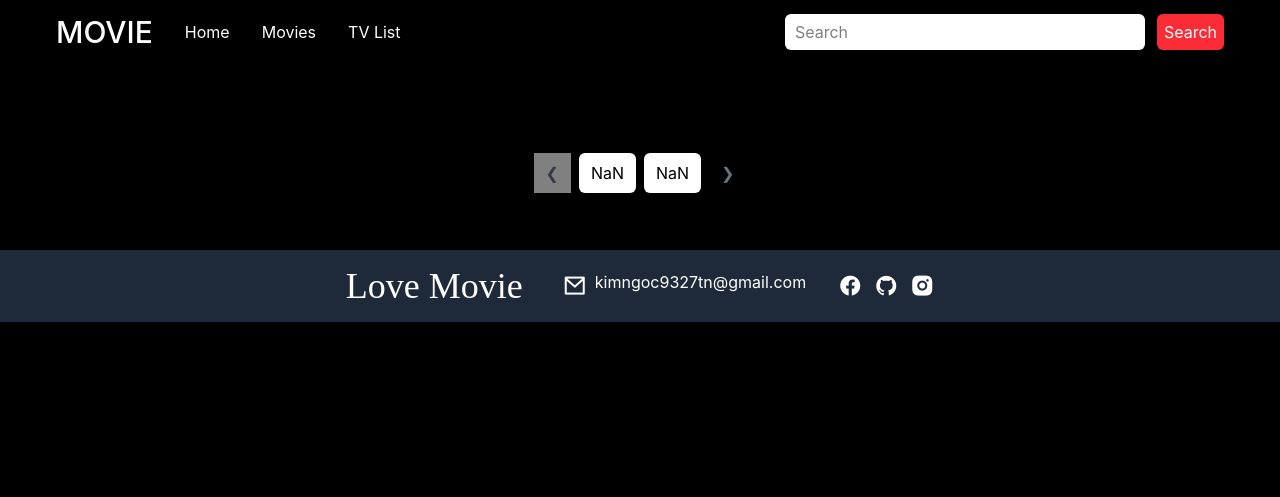
Repository: kimngoc9327/Love_Movie_Project
Page: /search
These files come from the project's save history. The page is drawn as it stood at one moment and after the next save; the edit follows.
The browser window is 1280 px wide. The pictures show the whole page.
The page's requests for data from a server got no answer. The project was rebuilt for these pictures with package versions that can differ from the ones it lists, and the page was loaded fresh each time. No one was signed in, and anything a server would have sent is missing. Also part of the build but not shown: vite.config.js, src/components/ui/VoteAverage.jsx, src/components/ui/MovieCard.jsx, src/components/ui/MovieList.jsx, src/components/ui/Banner.jsx, src/pages/Home.jsx, src/pages/MovieCategory.jsx, src/components/ui/PlayTrailerButton.jsx and 6 more.

Above is the page before, as saved 2025-03-29 18:00:51.

### index.html
<!DOCTYPE html>
<html lang="en">
  <head>
    <meta charset="UTF-8" />
    <link rel="icon" type="image/svg+xml" href="/love-movie-logo.ico" />
    <meta name="viewport" content="width=device-width, initial-scale=1.0" />
    <title>Love Movie</title>
  </head>
  <body>
    <div id="root"></div>
    <script type="module" src="/src/main.jsx"></script>
  </body>
</html>

### src/main.jsx
import { createRoot } from "react-dom/client";
import "./index.css";
import App from "./App.jsx";
import { store } from "./redux/store";
import { Provider } from "react-redux";
import { BrowserRouter } from "react-router-dom";

createRoot(document.getElementById("root")).render(
  <BrowserRouter>
    <Provider store={store}>
      <App />
    </Provider>
  </BrowserRouter>
);

### src/index.css
@import "tailwindcss";
@import "remixicon/fonts/remixicon.css";

:root {
  font-family: Inter, system-ui, Avenir, Helvetica, Arial, sans-serif;
  background-color: black;
}

/* a {
  font-weight: 500;
  color: #646cff;
  text-decoration: inherit;
}
a:hover {
  color: #535bf2;
}

body {
  margin: 0;
  display: flex;
  place-items: center;
  min-width: 320px;
  min-height: 100vh;
}

h1 {
  font-size: 3.2em;
  line-height: 1.1;
}

button {
  border-radius: 8px;
  border: 1px solid transparent;
  padding: 0.6em 1.2em;
  font-size: 1em;
  font-weight: 500;
  font-family: inherit;
  background-color: #1a1a1a;
  cursor: pointer;
  transition: border-color 0.25s;
}
button:hover {
  border-color: #646cff;
}
button:focus,
button:focus-visible {
  outline: 4px auto -webkit-focus-ring-color;
}

@media (prefers-color-scheme: light) {
  :root {
    color: #213547;
    background-color: #ffffff;
  }
  a:hover {
    color: #747bff;
  }
  button {
    background-color: #f9f9f9;
  }
} */

### src/App.jsx
import { Route, Routes } from "react-router-dom";
import publicRoutes from "./routes";
import DefaultLayout from "./components/layout/DefaultLayout";
import { Fragment } from "react";
function App() {
  return (
    <>
      <Routes>
        {publicRoutes.map((route, index) => {
          const Page = route.component;
          let Layout = DefaultLayout;
          if (route.layout) {
            Layout = route.layout;
          } else if (route.layout === null) {
            Layout = Fragment;
          }
          return (
            <Route
              key={index}
              path={route.path}
              element={
                <Layout>
                  <Page />
                </Layout>
              }
            />
          );
        })}
      </Routes>
    </>
  );
}

export default App;

### src/redux/store.jsx
import { createStore, applyMiddleware } from "redux";
import { rootReducer } from "./rootReducer";
import { thunk } from "redux-thunk";

const store = createStore(rootReducer, applyMiddleware(thunk));

export { store };

### src/routes/index.jsx
import DefaultLayout from "../components/layout/DefaultLayout";
import Home from "../pages/Home";
import MovieCategory from "../pages/MovieCategory";
import Movie from "../pages/Movie";
import MovieGenre from "../pages/MovieGenre";
import SearchMovie from "../pages/SearchMovie";
// import SearchMovie from "../pages/SearchMovie";

const publicRoutes = [
  { path: "/", component: Home, layout: DefaultLayout },
  { path: "/genre", component: MovieGenre, layout: DefaultLayout },
  { path: "/movieCategory", component: MovieCategory, layout: DefaultLayout },
  { path: "/movie", component: Movie, layout: DefaultLayout },
  { path: "/search", component: SearchMovie, layout: DefaultLayout },
];

export default publicRoutes;

### src/components/layout/DefaultLayout.jsx
import Header from "./Header";
import Footer from "./Footer";
import PropTypes from "prop-types";

function DefaultLayout({ children }) {
  return (
    <div>
      <Header />
      <div>{children}</div>
      <Footer />
    </div>
  );
}

DefaultLayout.propTypes = {
  children: PropTypes.any,
};

export default DefaultLayout;

### src/redux/rootReducer.jsx
import { combineReducers } from "redux";
import movieReducer from "./reducer/movieReducer";

export const rootReducer = combineReducers({
  movieReducer,
});

### src/pages/SearchMovie.jsx
import { useEffect, useState } from "react";
import { useDispatch, useSelector } from "react-redux";
import { useLocation, useNavigate } from "react-router-dom";
import { searchMovie } from "../redux/actions/movieActions";
import MovieCard from "../components/ui/MovieCard";
import { POSTER_PATH } from "../constants/constants";
import PaginationButton from "../components/ui/PaginationButton";

function SearchMovie() {
  const dispatch = useDispatch();
  const location = useLocation();
  const navigate = useNavigate();

  const queryParams = new URLSearchParams(location.search);
  const query = queryParams.get("query");
  const movies = useSelector((state) => state.movieReducer.search);
  const [page, setPage] = useState(1);

  useEffect(() => {
    if (query) {
      const params = {
        page: page,
        query: query,
      };
      dispatch(searchMovie(params));
    }
  }, [dispatch, query, page]);

  useEffect(() => {
    console.log(movies);
  });

  const totalPages = movies?.total_pages;

  const handleSelectMovie = (id) => {
    navigate(`/movie?id=${id}`);
  };

  return (
    <div className="flex flex-col items-center">
      <div className="grid grid-cols-4 gap-8 m-24 mb-12">
        {movies?.results
          ?.filter((movie) => movie.title && movie.poster_path)
          .map((movie) => (
            <div onClick={() => handleSelectMovie(movie?.id)} key={movie.id}>
              <MovieCard
                title={movie?.title}
                poster={POSTER_PATH + movie?.poster_path}
                vote={Number(movie?.vote_average.toFixed(2))}
              />
            </div>
          ))}
      </div>
      <PaginationButton
        currentPage={page}
        onPageChange={setPage}
        totalPages={totalPages}
      />
    </div>
  );
}

export default SearchMovie;

### src/components/layout/Header.jsx
import { Link } from "react-router-dom";
import MovieDropdown from "../ui/MovieDropdown";
import SearchInput from "../ui/SearchInput";

const Header = () => {
  return (
    <div className="flex fixed z-50 w-screen top-0 items-center text-white p-[24px] h-[64px] bg-black">
      <div className="flex space-x-8 items-center ml-8">
        <Link to="/">
          <p className="hover:text-red-500 font-medium text-3xl">MOVIE</p>
        </Link>
        <Link to="/">
          <p className="hover:text-red-500 text-base">Home</p>
        </Link>
        <MovieDropdown />
        <p className="hover:text-red-500  text-base">TV List</p>
      </div>
      <SearchInput />
    </div>
  );
};

export default Header;

### src/components/layout/Footer.jsx
function Footer() {
  return (
    <div className="flex space-x-10 mt-12 p-4 items-center justify-center text-white bg-gray-800">
      <p className="font-[fantasy] text-4xl ">Love Movie</p>
      <div className="flex space-x-8">
        <div className="space-y-3">
          <div className="flex space-x-2">
            <i className="ri-mail-line text-2xl"></i>{" "}
            <p>kimngoc9327tn@gmail.com</p>
          </div>
        </div>
        <div className="flex space-x-3">
          <i className="ri-facebook-circle-fill  text-2xl"></i>
          <i className="ri-github-fill  text-2xl"></i>
          <i className="ri-instagram-fill  text-2xl"></i>
        </div>
      </div>
    </div>
  );
}

export default Footer;

### src/redux/reducer/movieReducer.jsx
import {
  GET_GENRE_MOVIE,
  GET_MOVIE,
  GET_MOVIE_COLLECTION,
  GET_MOVIE_DISCOVER,
  GET_MOVIES,
  SEARCH_MOVIE,
} from "../types";

const initialState = {
  movies: {},
  genres: {},
  search: {},
  collection: null,
  currentMovie: null,
};

const movieReducer = (state = initialState, action) => {
  switch (action.type) {
    case GET_MOVIES:
      return {
        ...state,
        movies: { ...state.movies, [action.category]: action.payload },
      };
    case GET_MOVIE_DISCOVER:
      return { ...state, movies: action.payload };
    case GET_MOVIE_COLLECTION:
      return { ...state, collection: action.payload };
    case GET_GENRE_MOVIE:
      return { ...state, genres: action.payload };
    case SEARCH_MOVIE:
      return { ...state, search: action.payload };
    case GET_MOVIE:
      return { ...state, currentMovie: action.payload };
    default:
      return state;
  }
};

export default movieReducer;

### src/redux/actions/movieActions.jsx
import axios from "axios";
import {
  GET_MOVIES,
  GET_MOVIE,
  GET_MOVIE_DISCOVER,
  GET_GENRE_MOVIE,
  GET_MOVIE_COLLECTION,
  SEARCH_MOVIE,
} from "../types";
import { AUTH_TOKEN, BASE_URL } from "../../constants/constants";

const getMovies =
  (category, params = {}) =>
  async (dispatch) => {
    try {
      const response = await axios.get(`${BASE_URL}/movie/${category}`, {
        headers: {
          Authorization: `Bearer ${AUTH_TOKEN}`,
        },
        params: {
          ...params,
        },
      });

      dispatch({ type: GET_MOVIES, payload: response.data, category });
    } catch (error) {
      console.error(error);
    }
  };

const getMovieDiscover =
  (params = {}) =>
  async (dispatch) => {
    try {
      const response = await axios.get(`${BASE_URL}/discover/movie`, {
        headers: {
          Authorization: `Bearer ${import.meta.env.VITE_API_TOKEN}`,
        },
        params: {
          ...params,
        },
      });

      dispatch({ type: GET_MOVIE_DISCOVER, payload: response.data });
    } catch (error) {
      console.log(error);
    }
  };

const getGenreMovie = () => async (dispatch) => {
  try {
    const response = await axios.get(`${BASE_URL}/genre/movie/list`, {
      headers: {
        Authorization: `Bearer ${AUTH_TOKEN}`,
      },
    });

    dispatch({ type: GET_GENRE_MOVIE, payload: response.data });
  } catch (error) {
    console.log(error);
  }
};

const getMovieCollection = (id) => async (dispatch) => {
  try {
    const response = await axios.get(`${BASE_URL}/collection/${id}`, {
      headers: {
        Authorization: `Bearer ${AUTH_TOKEN}`,
      },
    });
    dispatch({ type: GET_MOVIE_COLLECTION, payload: response.data });
  } catch (error) {
    console.log(error);
  }
};

const searchMovie =
  (params = {}) =>
  async (dispatch) => {
    try {
      const response = await axios.get(`${BASE_URL}/search/movie`, {
        headers: {
          Authorization: `Bearer ${AUTH_TOKEN}`,
        },
        params: {
          ...params,
        },
      });

      dispatch({ type: SEARCH_MOVIE, payload: response.data });
    } catch (error) {
      console.log(error);
    }
  };

const getMovie = (id) => async (dispatch) => {
  try {
    const response = await axios.get(`${BASE_URL}/movie/${id}`, {
      headers: {
        Authorization: `Bearer ${AUTH_TOKEN}`,
      },
      params: {
        append_to_response: "videos,translations,casts",
        language: "en-US",
      },
    });

    dispatch({ type: GET_MOVIE, payload: response.data });
  } catch (error) {
    console.log(error);
  }
};

export {
  getMovies,
  getMovie,
  getMovieDiscover,
  getGenreMovie,
  getMovieCollection,
  searchMovie,
};

### src/constants/constants.jsx
export const API_KEY = import.meta.env.VITE_API_KEY;
export const AUTH_TOKEN = import.meta.env.VITE_API_TOKEN;
export const DEFAULT_IMAGE =
  "https://www.themoviedb.org/assets/2/v4/glyphicons/basic/glyphicons-basic-38-picture-grey-c2ebdbb057f2a7614185931650f8cee23fa137b93812ccb132b9df511df1cfac.svg";
export const POSTER_PATH = `https://image.tmdb.org/t/p/w500`;
export const BACKDROP_PATH = `https://image.tmdb.org/t/p/original`;
export const BASE_URL = `https://api.themoviedb.org/3`;

### src/components/ui/PaginationButton.jsx
import PropTypes from "prop-types";

const PaginationButton = ({ currentPage, totalPages, onPageChange }) => {
  const getPageNumbers = () => {
    const pages = [];
    const maxPages = Math.min(totalPages, 500);

    if (maxPages <= 6) {
      for (let i = 1; i <= maxPages; i++) pages.push(i);
    } else {
      if (currentPage > 1) pages.push(1, "...");

      if (currentPage < maxPages - 1) {
        pages.push(currentPage);
        if (currentPage + 1 <= maxPages) pages.push(currentPage + 1);
        if (currentPage + 2 <= maxPages) pages.push(currentPage + 2);
      }

      if (currentPage < maxPages - 2) pages.push("...");

      pages.push(maxPages - 1, maxPages);
    }

    return pages;
  };

  return (
    <div className="flex items-center space-x-2 border rounded-md px-4 py-2">
      <button
        className={`px-3 py-2 bg-white text-gray-500 hover:cursor-pointer ${
          currentPage === 1
            ? "opacity-50 cursor-not-allowed"
            : "hover:bg-gray-200"
        }`}
        disabled={currentPage === 1}
        onClick={() => onPageChange(currentPage - 1)}
      >
        ❮
      </button>

      {getPageNumbers().map((page, index) =>
        page === "..." ? (
          <span key={index} className="px-3 py-2 text-gray-500 ">
            ...
          </span>
        ) : (
          <button
            key={index}
            className={`px-3 py-2 bg-white rounded-md hover:cursor-pointer ${
              currentPage === page
                ? "!bg-indigo-600 text-white"
                : "hover:bg-gray-200"
            }`}
            onClick={() => onPageChange(page)}
          >
            {page}
          </button>
        )
      )}

      <button
        className={`px-3 py-2 text-gray-500 hover:cursor-pointer ${
          currentPage === totalPages
            ? "opacity-50 cursor-not-allowed"
            : "hover:bg-gray-200"
        }`}
        disabled={currentPage === totalPages}
        onClick={() => onPageChange(currentPage + 1)}
      >
        ❯
      </button>
    </div>
  );
};

PaginationButton.propTypes = {
  currentPage: PropTypes.any,
  onPageChange: PropTypes.any,
  totalPages: PropTypes.any,
};

export default PaginationButton;

### src/components/ui/MovieDropdown.jsx
import { Menu, MenuButton, MenuItem, MenuItems } from "@headlessui/react";
import { useEffect, useState } from "react";
import { useDispatch, useSelector } from "react-redux";
import {
  getGenreMovie,
  getMovieDiscover,
} from "../../redux/actions/movieActions";
import { useNavigate } from "react-router-dom";

function MovieDropdown() {
  const [isOpen, setIsOpen] = useState(false);
  const dispatch = useDispatch();
  const navigate = useNavigate();
  const genres = useSelector((state) => state.movieReducer.genres);

  useEffect(() => {
    dispatch(getGenreMovie());
  }, [dispatch]);

  const handleGenreSelect = (genreId) => {
    dispatch(getMovieDiscover(genreId));
    navigate(`/genre?genre=${genreId}`);
    setIsOpen(false);
  };

  return (
    <div className="relative" onMouseUp={() => setIsOpen(true)}>
      <Menu>
        <MenuButton className="hover:text-red-500 text-base">Movies</MenuButton>
        {isOpen && (
          <MenuItems className="grid grid-cols-3 gap-4 absolute left-0 mt-2 w-150 p-2 origin-top-right rounded-md bg-black ring-1 z-40 focus:outline-none">
            {genres?.genres?.map((genre) => (
              <MenuItem
                id={genre.id}
                key={genre.id}
                as="div"
                className="px-4 py-2 text-white hover:bg-gray-700 cursor-pointer"
                onClick={() => handleGenreSelect(genre.id)}
              >
                {genre.name}
              </MenuItem>
            ))}
          </MenuItems>
        )}
      </Menu>
    </div>
  );
}

export default MovieDropdown;

### src/components/ui/SearchInput.jsx
// import { useEffect, useState } from "react";
// import { useDispatch, useSelector } from "react-redux";
// import { useLocation, useNavigate } from "react-router-dom";
// import { searchMovie } from "../../redux/actions/movieActions";
// import { POSTER_PATH } from "../../constants/constants";

// function SearchInput() {
//   const navigate = useNavigate();
//   const dispatch = useDispatch();
//   const location = useLocation();
//   const movies = useSelector((state) => state.movieReducer.search);
//   // const [page, setPage] = useState(1);
//   const [query, setQuery] = useState("");
//   const [showResults, setShowResults] = useState(false);

//   useEffect(() => {
//     const timer = setTimeout(() => {
//       dispatch(searchMovie({ query: query }));
//       setShowResults(true);
//     }, 500);

//     return () => clearTimeout(timer);
//   }, [dispatch, query]);

//   useEffect(() => {
//     setShowResults(false);
//   }, [location.pathname, location.search]);

//   const handleSearch = (e) => {
//     e.preventDefault();
//     navigate(`/search?query=${query}`);
//   };

//   const handleSelectMovie = (id) => {
//     navigate(`/movie?id=${id}`);
//     setShowResults(false);
//     setQuery("");
//   };

//   return (
//     <>
//       <form
//         onSubmit={handleSearch}
//         className="ml-auto mr-8  flex items-center space-x-3"
//       >
//         <input
//           className="h-[36px] w-90 text-black pl-[10px] bg-white rounded-md "
//           placeholder="Search"
//           value={query || ""}
//           onChange={(e) => setQuery(e.target.value)}
//         />
//         <button
//           type="submit"
//           className="bg-red-500 px-[7px] h-[36px] text-center rounded-md"
//         >
//           Search
//         </button>

//         {showResults && movies?.results?.length > 0 && (
//           <div className="absolute w-90 top-14 bg-black text-white mt-2 rounded-md shadow-lg p-2">
//             {movies?.results?.slice(0, 8).map((movie, index) => (
//               <div
//                 onClick={() => handleSelectMovie(movie?.id)}
//                 key={index}
//                 className=" p-2 cursor-pointer hover:bg-gray-800 flex space-x-4 items-center"
//               >
//                 <img
//                   src={POSTER_PATH + movie.poster_path}
//                   className="object-cover w-10 h-10"
//                 />
//                 <span className="text-gray-300">{movie.title}</span>
//               </div>
//             ))}
//           </div>
//         )}
//       </form>
//     </>
//   );
// }

// export default SearchInput;

import { useEffect, useState, useRef } from "react";
// import { useDispatch, useSelector } from "react-redux";
import { useLocation, useNavigate } from "react-router-dom";
// import { searchMovie } from "../../redux/actions/movieActions";
import { AUTH_TOKEN, BASE_URL, POSTER_PATH } from "../../constants/constants";
import axios from "axios";

function SearchInput() {
  const navigate = useNavigate();
  // const dispatch = useDispatch();
  const location = useLocation();
  // const movies = useSelector((state) => state.movieReducer.search);
  const [query, setQuery] = useState("");
  const [showResults, setShowResults] = useState(false);

  // Tạo ref để tham chiếu đến hộp kết quả tìm kiếm
  const resultsRef = useRef(null);

  const [suggestions, setSuggestions] = useState([]); // Thêm state cục bộ để lưu kết quả gợi ý

  useEffect(() => {
    if (query.trim() === "") {
      setSuggestions([]);
      return;
    }

    const timer = setTimeout(async () => {
      try {
        const response = await axios.get(`${BASE_URL}/search/movie`, {
          headers: {
            Authorization: `Bearer ${AUTH_TOKEN}`,
          },
          params: {
            query: query,
            include_adult: false,
            language: "en-US",
            page: 1,
          },
        });

        setSuggestions(response.data);
        setShowResults(true);
      } catch (error) {
        console.error("Lỗi khi tìm kiếm phim:", error);
        setSuggestions([]);
      }
    }, 500);

    return () => clearTimeout(timer);
  }, [query]);

  useEffect(() => {
    console.log(suggestions);
  });

  useEffect(() => {
    setShowResults(false);
  }, [location.pathname, location.search]);

  // Đóng showResults khi click ra ngoài
  useEffect(() => {
    function handleClickOutside(event) {
      if (resultsRef.current && !resultsRef.current.contains(event.target)) {
        setShowResults(false);
      }
    }

    document.addEventListener("mousedown", handleClickOutside);
    return () => document.removeEventListener("mousedown", handleClickOutside);
  }, []);

  const handleSearch = (e) => {
    e.preventDefault();
    navigate(`/search?query=${query}`);
  };

  const handleSelectMovie = (id) => {
    navigate(`/movie?id=${id}`);
    setShowResults(false);
    setQuery("");
  };

  return (
    <>
      <form
        onSubmit={handleSearch}
        className="ml-auto mr-8 flex items-center space-x-3 relative"
      >
        <input
          className="h-[36px] w-90 text-black pl-[10px] bg-white rounded-md"
          placeholder="Search"
          value={query || ""}
          onChange={(e) => setQuery(e.target.value)}
        />
        <button
          type="submit"
          className="bg-red-500 px-[7px] h-[36px] text-center rounded-md"
        >
          Search
        </button>

        {/* Hiển thị kết quả tìm kiếm */}
        {showResults && suggestions?.results?.length > 0 && (
          <div
            ref={resultsRef} // Gán ref vào hộp kết quả
            className="absolute w-90 top-14 bg-black text-white mt-2 rounded-md shadow-lg p-2"
          >
            {suggestions?.results?.slice(0, 8).map((movie, index) => (
              <div
                onClick={() => handleSelectMovie(movie?.id)}
                key={index}
                className="p-2 cursor-pointer hover:bg-gray-800 flex space-x-4 items-center"
              >
                <img
                  src={POSTER_PATH + movie.poster_path}
                  className="object-cover w-10 h-10"
                />
                <span className="text-gray-300">{movie.title}</span>
              </div>
            ))}
          </div>
        )}
      </form>
    </>
  );
}

export default SearchInput;

### src/redux/types.jsx
export const GET_MOVIES = "GET_MOVIES";
export const GET_MOVIE = "GET_MOVIE";
export const GET_GENRE_MOVIE = "GET_GENRE_MOVIE";
export const GET_MOVIE_DISCOVER = "GET_MOVIE_DISCOVER";
export const GET_MOVIE_COLLECTION = "GET_MOVIE_COLLECTION";
export const SEARCH_MOVIE = "SEARCH_MOVIE";

### src/components/ui/MovieFilterBar.jsx
import { useEffect } from "react";
import { useDispatch, useSelector } from "react-redux";
import { getGenreMovie } from "../../redux/actions/movieActions";

function MovieFilterBar() {
  const countries = [
    {
      name: "Vietnam",
      iso_3166_1: "VN",
    },
    {
      name: "South Korea",
      iso_3166_1: "KR",
    },
    {
      name: "China",
      iso_3166_1: "CN",
    },
    {
      name: "Japan",
      iso_3166_1: "JP",
    },
    {
      name: "Taiwan",
      iso_3166_1: "TW",
    },
    {
      name: "Hong Kong",
      iso_3166_1: "HK",
    },
    {
      name: "Thailand",
      iso_3166_1: "TH",
    },
    {
      name: "Indonesia",
      iso_3166_1: "ID",
    },
    {
      name: "United Kingdom",
      iso_3166_1: "GB",
    },
    {
      name: "United States",
      iso_3166_1: "US",
    },
    {
      name: "France",
      iso_3166_1: "FR",
    },
    {
      name: "India",
      iso_3166_1: "IN",
    },
  ];

  const startYear = 1975;
  const endYear = 2025;
  const years = Array.from(
    { length: endYear - startYear + 1 },
    (_, i) => startYear + i
  );

  const dispatch = useDispatch();
  const genres = useSelector((state) => state.movieReducer.genres);

  useEffect(() => {
    dispatch(getGenreMovie());
  }, [dispatch]);
  return (
    <div>
      <div>
        <p>Genre</p>
        <select>
          {genres?.genres?.map((genre, index) => (
            <option key={index}> {genre.name} </option>
          ))}
        </select>
      </div>

      <div>
        <p>Country</p>
        <select name="" id="">
          {countries.map((country, index) => (
            <option key={index} value={country.iso_3166_1}>
              {country.name}
            </option>
          ))}
        </select>
      </div>

      <div>
        <select className="border border-gray-300 rounded-md p-2">
          {years.map((year) => (
            <option key={year} value={year}>
              {year}
            </option>
          ))}
        </select>
      </div>
    </div>
  );
}

export default MovieFilterBar;

After the next save:
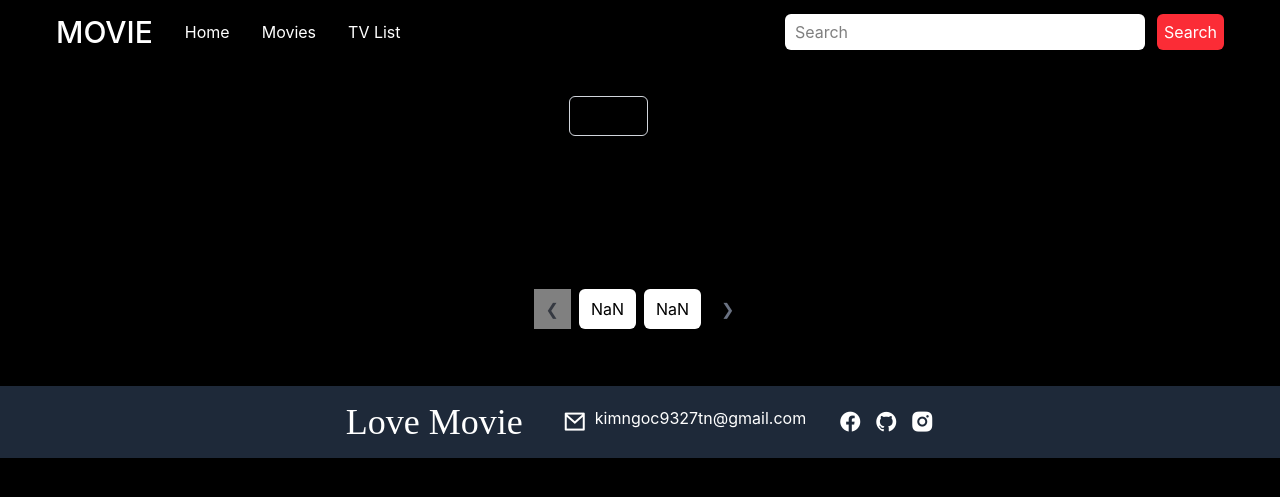
Saved 33 s later.
--- a/src/pages/SearchMovie.jsx
+++ b/src/pages/SearchMovie.jsx
@@ -5,6 +5,7 @@ import { searchMovie } from "../redux/actions/movieActions";
 import MovieCard from "../components/ui/MovieCard";
 import { POSTER_PATH } from "../constants/constants";
 import PaginationButton from "../components/ui/PaginationButton";
+import MovieFilterBar from "../components/ui/MovieFilterBar";
 
 function SearchMovie() {
   const dispatch = useDispatch();
@@ -38,6 +39,7 @@ function SearchMovie() {
 
   return (
     <div className="flex flex-col items-center">
+      <MovieFilterBar />
       <div className="grid grid-cols-4 gap-8 m-24 mb-12">
         {movies?.results
           ?.filter((movie) => movie.title && movie.poster_path)
